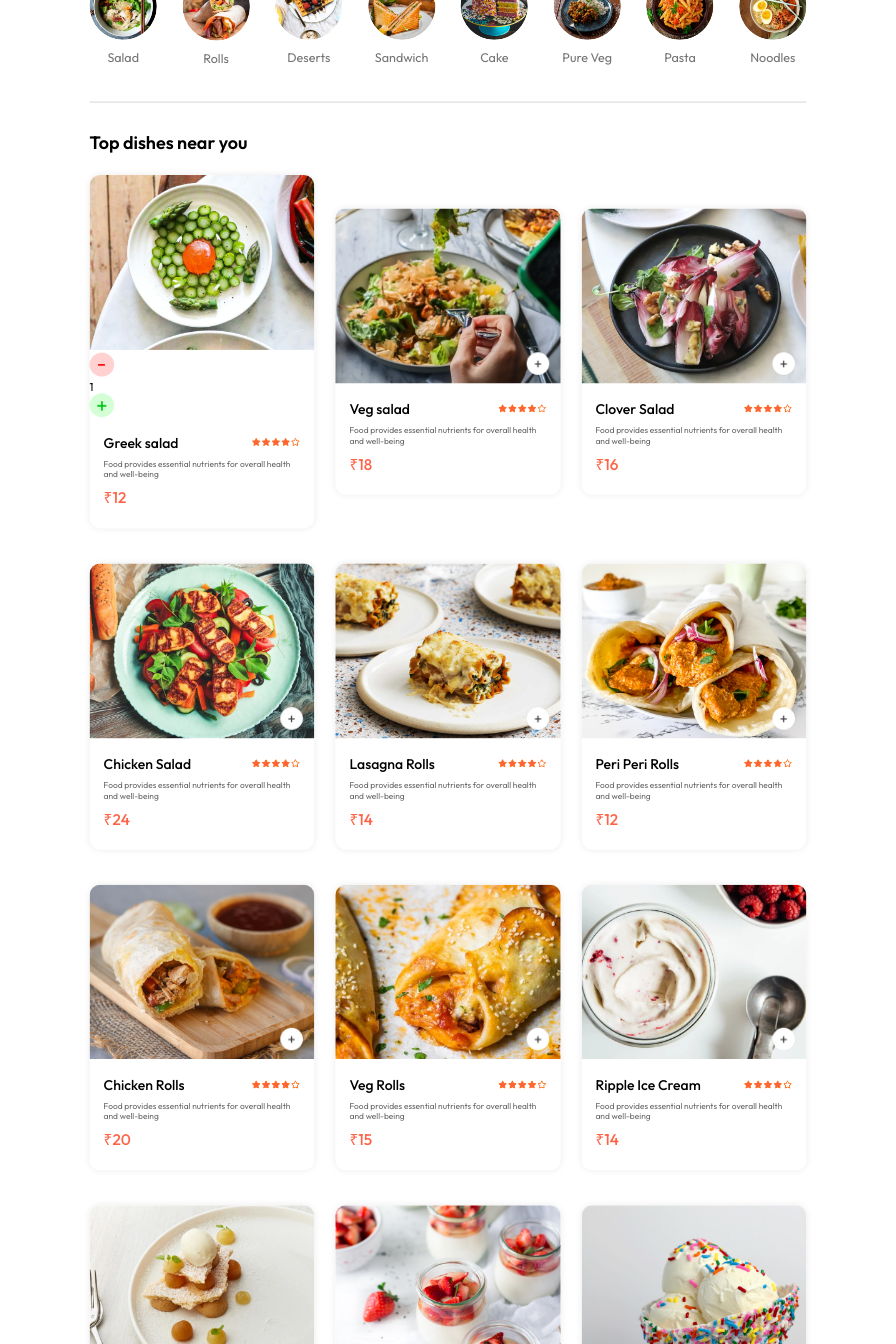
Repository: KartikChouhan03/food-delivery-app
Page: / (app in frontend/), after clicking the first element matching `img.add`
An editor plug-in stored every save of this project. The page is shown before and after the next save, followed by the edit.
The browser window is 1280 px wide. The pictures show the part of the page from y = 777 to 2697 px (the page is 6121 px tall before and 6025 px after), at 70% of full size.
Some web fonts or font styles are not loaded; a fallback is used. The project was rebuilt for these pictures with package versions that can differ from the ones it lists, and the page was loaded fresh each time. Also part of the build but not shown: frontend/vite.config.js, frontend/src/pages/Cart/Cart.css, frontend/src/pages/Cart/Cart.jsx, frontend/src/pages/PlaceOrder/PlaceOrder.css, frontend/src/pages/PlaceOrder/PlaceOrder.jsx.

Above is the page before, as saved 2025-08-16 00:41:02.

### frontend/index.html
<!doctype html>
<html lang="en">
  <head>
    <meta charset="UTF-8" />
    <link rel="icon" type="image/svg+xml" href="" />
    <meta name="viewport" content="width=device-width, initial-scale=1.0" />
    <title>Foodify</title>
  </head>
  <body>
    <div id="root"></div>
    <script type="module" src="/src/main.jsx"></script>
  </body>
</html>

### frontend/src/main.jsx
import { createRoot } from 'react-dom/client'
import './index.css'
import App from './App.jsx'
import { BrowserRouter} from 'react-router-dom'
import StoreContextProvider from './context/StoreContext.jsx'


createRoot(document.getElementById('root')).render(
  <BrowserRouter>
    <StoreContextProvider>
      <App />
    </StoreContextProvider>
  </BrowserRouter>


)

### frontend/src/index.css

@import url('https://fonts.googleapis.com/css2?family=Montserrat:ital,wght@0,100..900;1,100..900&family=Outfit:wght@100..900&family=Playfair+Display:ital,wght@0,400..900;1,400..900&display=swap');


*{
  padding: 0;
  margin: 0;
  box-sizing: border-box;
  font-family: Outfit;
}

body{
  min-height: 100vh;
}

a{
  text-decoration: none;
  color: inherit;
}

.app{
  width: 80%;
  margin: auto;
}

@keyframes fadeIn{
  0%{
    opacity: 0;
  }
  100%{
    opacity: 1;
  }
}

### frontend/src/App.jsx
import React from 'react'
import Navbar from './components/Navbar/Navbar'
import { Route, Routes } from 'react-router-dom'
import Home from './pages/Home/Home'
import Cart from './pages/Cart/Cart'
import PlaceOrder from './pages/PlaceOrder/PlaceOrder'


const App = () => {
  return (
    <div className='app'>
      <Navbar/>
      <Routes>
        <Route path="/" element={<Home />} />
        <Route path="/cart" element={<Cart />} />
        <Route path="/order" element={<PlaceOrder/>} />
      </Routes>
    </div>
  )
}

export default App

### frontend/src/context/StoreContext.jsx
import { createContext } from "react";
import { food_list } from "../assets/assets";


export const StoreContext = createContext(null)

const StoreContextProvider = (props) =>{


    const contextValue = {
        food_list
    }



    return (
        <StoreContext.Provider value ={contextValue}>
            {props.children}
        </StoreContext.Provider>
    )

}

export default StoreContextProvider;

### frontend/src/components/Navbar/Navbar.jsx
import React, { useState } from 'react'
import './Navbar.css'
import {assets} from '../../assets/assets.js'


const Navbar = () => {

  const [menu,setMenu] = useState("home");


  return (
    <div className='navbar'>
      <img className='logo' src={assets.logo} alt="" />
      <ul className='navbar-menu'>
        <li onClick={()=>setMenu("home")} className={menu==="home"?"active":""}>home</li>
        <li onClick={()=>setMenu("menu")} className={menu==="menu"?"active":""}>menu</li>
        <li onClick={()=>setMenu("mobile-app")} className={menu==="mobile-app"?"active":""}>mobile-app</li>
        <li onClick={()=>setMenu("contact-us")} className={menu==="contact-us"?"active":""}>contact us</li>
      </ul>
      <div className="navbar-right">
        <img src={assets.search_icon} alt="" />
        <div className='navbar-search-icon'>
          <img src={assets.basket_icon} alt="" />
          <div className='dot'></div>
        </div>
        <button>Sign in</button>
      </div>
    </div>
  )
}

export default Navbar

### frontend/src/pages/Home/Home.jsx
import React, { useState } from 'react'
import './Home.css'
import Header from '../../components/Header/Header'
import ExploreMenu from '../../components/ExploreMenu/ExploreMenu'
import FoodDisplay from '../../components/FoodDisplay/FoodDisplay'

const Home = () => {

    const [category,setCategory] = useState("All");

  return (
    <div>
      <Header/>
      <ExploreMenu category={category} setCategory={setCategory} />
      <FoodDisplay category={category}/>
    </div>
  )
}

export default Home

### frontend/src/assets/assets.js
import basket_icon from './basket_icon.png'
import logo from './logo.png'
import header_img from './header_img.png'
import search_icon from './search_icon.png'
import menu_1 from './menu_1.png'
import menu_2 from './menu_2.png'
import menu_3 from './menu_3.png'
import menu_4 from './menu_4.png'
import menu_5 from './menu_5.png'
import menu_6 from './menu_6.png'
import menu_7 from './menu_7.png'
import menu_8 from './menu_8.png'

import food_1 from './food_1.png'
import food_2 from './food_2.png'
import food_3 from './food_3.png'
import food_4 from './food_4.png'
import food_5 from './food_5.png'
import food_6 from './food_6.png'
import food_7 from './food_7.png'
import food_8 from './food_8.png'
import food_9 from './food_9.png'
import food_10 from './food_10.png'
import food_11 from './food_11.png'
import food_12 from './food_12.png'
import food_13 from './food_13.png'
import food_14 from './food_14.png'
import food_15 from './food_15.png'
import food_16 from './food_16.png'
import food_17 from './food_17.png'
import food_18 from './food_18.png'
import food_19 from './food_19.png'
import food_20 from './food_20.png'
import food_21 from './food_21.png'
import food_22 from './food_22.png'
import food_23 from './food_23.png'
import food_24 from './food_24.png'
import food_25 from './food_25.png'
import food_26 from './food_26.png'
import food_27 from './food_27.png'
import food_28 from './food_28.png'
import food_29 from './food_29.png'
import food_30 from './food_30.png'
import food_31 from './food_31.png'
import food_32 from './food_32.png'

import add_icon_white from './add_icon_white.png'
import add_icon_green from './add_icon_green.png'
import remove_icon_red from './remove_icon_red.png'
import app_store from './app_store.png'
import play_store from './play_store.png'
import linkedin_icon from './linkedin_icon.png'
import facebook_icon from './facebook_icon.png'
import twitter_icon from './twitter_icon.png'
import cross_icon from './cross_icon.png'
import selector_icon from './selector_icon.png'
import rating_starts from './rating_starts.png'
import profile_icon from './profile_icon.png'
import bag_icon from './bag_icon.png'
import logout_icon from './logout_icon.png'
import parcel_icon from './parcel_icon.png'

export const assets = {
    logo,
    basket_icon,
    header_img,
    search_icon,
    rating_starts,
    add_icon_green,
    add_icon_white,
    remove_icon_red,
    app_store,
    play_store,
    linkedin_icon,
    facebook_icon,
    twitter_icon,
    cross_icon,
    selector_icon,
    profile_icon,
    logout_icon,
    bag_icon,
    parcel_icon
}

export const menu_list = [
    {
        menu_name: "Salad",
        menu_image: menu_1
    },
    {
        menu_name: "Rolls",
        menu_image: menu_2
    },
    {
        menu_name: "Deserts",
        menu_image: menu_3
    },
    {
        menu_name: "Sandwich",
        menu_image: menu_4
    },
    {
        menu_name: "Cake",
        menu_image: menu_5
    },
    {
        menu_name: "Pure Veg",
        menu_image: menu_6
    },
    {
        menu_name: "Pasta",
        menu_image: menu_7
    },
    {
        menu_name: "Noodles",
        menu_image: menu_8
    }]

export const food_list = [
    {
        _id: "1",
        name: "Greek salad",
        image: food_1,
        price: 12,
        description: "Food provides essential nutrients for overall health and well-being",
        category: "Salad"
    },
    {
        _id: "2",
        name: "Veg salad",
        image: food_2,
        price: 18,
        description: "Food provides essential nutrients for overall health and well-being",
        category: "Salad"
    }, {
        _id: "3",
        name: "Clover Salad",
        image: food_3,
        price: 16,
        description: "Food provides essential nutrients for overall health and well-being",
        category: "Salad"
    }, {
        _id: "4",
        name: "Chicken Salad",
        image: food_4,
        price: 24,
        description: "Food provides essential nutrients for overall health and well-being",
        category: "Salad"
    }, {
        _id: "5",
        name: "Lasagna Rolls",
        image: food_5,
        price: 14,
        description: "Food provides essential nutrients for overall health and well-being",
        category: "Rolls"
    }, {
        _id: "6",
        name: "Peri Peri Rolls",
        image: food_6,
        price: 12,
        description: "Food provides essential nutrients for overall health and well-being",
        category: "Rolls"
    }, {
        _id: "7",
        name: "Chicken Rolls",
        image: food_7,
        price: 20,
        description: "Food provides essential nutrients for overall health and well-being",
        category: "Rolls"
    }, {
        _id: "8",
        name: "Veg Rolls",
        image: food_8,
        price: 15,
        description: "Food provides essential nutrients for overall health and well-being",
        category: "Rolls"
    }, {
        _id: "9",
        name: "Ripple Ice Cream",
        image: food_9,
        price: 14,
        description: "Food provides essential nutrients for overall health and well-being",
        category: "Deserts"
    }, {
        _id: "10",
        name: "Fruit Ice Cream",
        image: food_10,
        price: 22,
        description: "Food provides essential nutrients for overall health and well-being",
        category: "Deserts"
    }, {
        _id: "11",
        name: "Jar Ice Cream",
        image: food_11,
        price: 10,
        description: "Food provides essential nutrients for overall health and well-being",
        category: "Deserts"
    }, {
        _id: "12",
        name: "Vanilla Ice Cream",
        image: food_12,
        price: 12,
        description: "Food provides essential nutrients for overall health and well-being",
        category: "Deserts"
    },
    {
        _id: "13",
        name: "Chicken Sandwich",
        image: food_13,
        price: 12,
        description: "Food provides essential nutrients for overall health and well-being",
        category: "Sandwich"
    },
    {
        _id: "14",
        name: "Vegan Sandwich",
        image: food_14,
        price: 18,
        description: "Food provides essential nutrients for overall health and well-being",
        category: "Sandwich"
    }, {
        _id: "15",
        name: "Grilled Sandwich",
        image: food_15,
        price: 16,
        description: "Food provides essential nutrients for overall health and well-being",
        category: "Sandwich"
    }, {
        _id: "16",
        name: "Bread Sandwich",
        image: food_16,
        price: 24,
        description: "Food provides essential nutrients for overall health and well-being",
        category: "Sandwich"
    }, {
        _id: "17",
        name: "Cup Cake",
        image: food_17,
        price: 14,
        description: "Food provides essential nutrients for overall health and well-being",
        category: "Cake"
    }, {
        _id: "18",
        name: "Vegan Cake",
        image: food_18,
        price: 12,
        description: "Food provides essential nutrients for overall health and well-being",
        category: "Cake"
    }, {
        _id: "19",
        name: "Butterscotch Cake",
        image: food_19,
        price: 20,
        description: "Food provides essential nutrients for overall health and well-being",
        category: "Cake"
    }, {
        _id: "20",
        name: "Sliced Cake",
        image: food_20,
        price: 15,
        description: "Food provides essential nutrients for overall health and well-being",
        category: "Cake"
    }, {
        _id: "21",
        name: "Garlic Mushroom ",
        image: food_21,
        price: 14,
        description: "Food provides essential nutrients for overall health and well-being",
        category: "Pure Veg"
    }, {
        _id: "22",
        name: "Fried Cauliflower",
        image: food_22,
        price: 22,
        description: "Food provides essential nutrients for overall health and well-being",
        category: "Pure Veg"
    }, {
        _id: "23",
        name: "Mix Veg Pulao",
        image: food_23,
        price: 10,
        description: "Food provides essential nutrients for overall health and well-being",
        category: "Pure Veg"
    }, {
        _id: "24",
        name: "Rice Zucchini",
        image: food_24,
        price: 12,
        description: "Food provides essential nutrients for overall health and well-being",
        category: "Pure Veg"
    },
    {
        _id: "25",
        name: "Cheese Pasta",
        image: food_25,
        price: 12,
        description: "Food provides essential nutrients for overall health and well-being",
        category: "Pasta"
    },
    {
        _id: "26",
        name: "Tomato Pasta",
        image: food_26,
        price: 18,
        description: "Food provides essential nutrients for overall health and well-being",
        category: "Pasta"
    }, {
        _id: "27",
        name: "Creamy Pasta",
        image: food_27,
        price: 16,
        description: "Food provides essential nutrients for overall health and well-being",
        category: "Pasta"
    }, {
        _id: "28",
        name: "Chicken Pasta",
        image: food_28,
        price: 24,
        description: "Food provides essential nutrients for overall health and well-being",
        category: "Pasta"
    }, {
        _id: "29",
        name: "Buttter Noodles",
        image: food_29,
        price: 14,
        description: "Food provides essential nutrients for overall health and well-being",
        category: "Noodles"
    }, {
        _id: "30",
        name: "Veg Noodles",
        image: food_30,
        price: 12,
        description: "Food provides essential nutrients for overall health and well-being",
        category: "Noodles"
    }, {
        _id: "31",
        name: "Somen Noodles",
        image: food_31,
        price: 20,
        description: "Food provides essential nutrients for overall health and well-being",
        category: "Noodles"
    }, {
        _id: "32",
        name: "Cooked Noodles",
        image: food_32,
        price: 15,
        description: "Food provides essential nutrients for overall health and well-being",
        category: "Noodles"
    }
]

### frontend/src/components/Navbar/Navbar.css
.navbar{
    padding: 20px 0px;
    display: flex;
    justify-content: space-between;
    align-items: center;
}

.navbar .logo{
    width: 150px;
}

.navbar-menu{
    display: flex;
    list-style: none;
    gap: 20px;
    color: #49557e;
    font-size: 18px;
}

.navbar-right{
    display: flex;
    align-items: center;
    gap: 40px;
}

.navbar button{
    background: transparent;
    font-size: 16px;
    color: #49557e;
    border: 1px solid tomato;
    padding: 10px 30px;
    border-radius: 50px;
    cursor: pointer;
    transition: 0.4s;
}

.navbar button:hover{
    background-color: #fff4f2;
}

.navbar .active{
    padding-bottom: 2px;
    border-bottom: 2px solid #49557e;
}

.navbar li{
    cursor: pointer;
}

.navbar-search-icon {
    position: relative;
}

.navbar-search-icon .dot{
    position: absolute;
    min-width: 10px;
    min-height: 10px;
    background-color: tomato;
    border-radius:5px ;
    top: -8px;
    right: -8px;
}

### frontend/src/components/Header/Header.jsx
import React from 'react'
import './Header.css'

const Header = () => {
  return (
    <div className='header'>
      <div className="header-contents">
        <h2>Order your favourite food here</h2>
        <p>Choose from a diverse menu featuring a delectable array of dishes crafted with the finest ingredients and culinary expertise. Our mission is to statisfy your craving and elevate your dining experience, one delicious meal at a time.</p>
        <button>View Menu</button>
      </div>
    </div>
  )
}

export default Header

### frontend/src/components/ExploreMenu/ExploreMenu.jsx
import React from 'react'
import './ExploreMenu.css'
import { menu_list } from '../../assets/assets.js'


const ExploreMenu = ({category,setCategory}) => {
  return (
    <div className='explore-menu' id='explore-menu'>
      <h1>Explore our menu</h1>
      <p className='explore-menu-text'>Choose from a diverse menu featuring a delectable array of dishes crafted with the finest ingredients and culinary expertise. Our mission is to statisfy your craving and elevate your dining experience, one delicious meal at a time. </p>
      <div className='explore-menu-list'>
        {menu_list.map((item, index)=>{
            return(
                <div onClick={()=>setCategory(prev=>prev===item.menu_name?"All":item.menu_name)} key={index} className="explore-menu-list-item">
                    <img className={category===item.menu_name?"active":""} src={item.menu_image} alt="" />
                    <p>{item.menu_name}</p>
                </div>
            )
        })}
      </div>
      <hr />
    </div>
  )
}

export default ExploreMenu

### frontend/src/components/FoodDisplay/FoodDisplay.jsx
import React, { useContext } from 'react'
import './FoodDisplay.css'
import { StoreContext } from '../../context/StoreContext'
import FoodItem from '../FoodItem/FoodItem'


const FoodDisplay = (category) => {

    const {food_list} = useContext(StoreContext)

  return (
    <div className='food-display' id='food-display'>
       <h2>Top dishes near you</h2>
       <div className="food-display-list">
        {food_list.map((item,index)=>{
            return <FoodItem key={index} id={item.id} name={item.name} description={item.description} price= {item.price} image={item.image}/>
        })}
       </div>
    </div>
  )
}

export default FoodDisplay

### frontend/src/components/Header/Header.css
.header{
    height: 34vw;
    margin: 30px auto;
    background:url('./header_img.png') no-repeat ;
    background-size: contain;
    position: relative;
}

.header-contents{
    position: absolute;
    display: flex;
    flex-direction: column;
    align-items: start;
    gap: 1.5vw;
    max-width: 50%;
    bottom: 10%;
    left: 6vw;
    animation:fadeIn 3s;
}

.header-contents h2{
    font-weight: 500;
    color:white;
    font-size: max(4.5vw, 22px) ;

}

.header-contents p{
    color: white;
    font-size: 1vw;
}

.header-contents button{
    border: none;
    color: #747474;
    font-weight: 500;
    padding: 1vw 2.3vw;
    background-color: white;
    font-size: max(1vw,13px);
    border-radius:50px ;
}

### frontend/src/components/ExploreMenu/ExploreMenu.css
.explore-menu{
    display: flex;
    flex-direction: column ;
    gap: 20px;
}

.explore-menu h1{
    color: #262626;
    font-weight: 500;
}

.explore-menu-text{
    max-width: 60%;
    columns: #808080;
}

.explore-menu-list{
    display: flex;
    justify-content: space-between;
    align-items: center;
    gap: 30px;
    text-align: center;
    margin: 20px 0px;
    overflow: scroll;
}

.explore-menu-list::-webkit-scrollbar{
    display: none;
}

.explore-menu-list-item img{
    width: 7.5vw;
    min-width: 80px;
    cursor: pointer;
    border-radius: 50%;
    transition: 0.3s;
}

.explore-menu-list-item p {
    margin-top: 10px;
    color: #747474;
    font-size: max(1.4vw,16px);
    cursor: pointer;
}

.explore-menu hr{
    margin: 10px 0px;
    height: 2px;
    background-color: #e2e2e2;
    border: none;
}

.explore-menu-list-item .active{
    border: 4px solid tomato;
    padding: 32;
}

### frontend/src/components/FoodDisplay/FoodDisplay.css
.food-display{
    margin-top: 30px;
}

.food-display h2{
    font-size: max(2vw,24px);
    font-weight: 600;
}

.food-display-list{
    display: grid;
    grid-template-columns: repeat(auto-fill,minmax(240px,1fr));
    margin-top: 30px;
    gap:30px;
    row-gap: 50px;
}

### frontend/src/components/FoodItem/FoodItem.jsx
import React, { useState } from 'react'
import './FoodItem.css'
import { assets } from '../../assets/assets'

const FoodItem = ({id, name, price, description, image}) => {

  const [itemCount, setItemCount]= useState(0)

  return (
    <div className='food-item'>
      <div className="food-item-img-container">
        <img className="food-item-image" src={image} alt={name} />
        {
          !itemCount
            ? <img className='add' onClick={()=>setItemCount(prev=>prev+1)} src={assets.add_icon_white}/> :
              <div className='foot-item-counter'>
                <img onClick={()=>setItemCount(prev=>prev-1)} src={assets.remove_icon_red} alt="" />
                <p>{itemCount}</p>
                <img onClick={()=>setItemCount(prev=>prev+1)} src={assets.add_icon_green} alt="" />
              </div>
        }
      </div>
      <div className="food-item-info">
        <div className="food-item-name-rating">
            <p>{name}</p>
            <img src={assets.rating_starts} alt="rating" />
        </div>
        <p className="food-item-desc">{description}</p>
        <p className="food-item-price">₹{price}</p>
      </div>
    </div>
  )
}

export default FoodItem

### frontend/src/components/FoodItem/FoodItem.css
.food-item{
    width: 100%;
    margin: auto;
    border-radius:15px ;
    box-shadow: 0px 0px 10px #00000015;
    transition: 0.3s;
    animation: fadeIn 1s;
}

.food-item-image{
    width: 100%;
    border-radius:15px 15px 0px 0px ;
}

.food-item-info{
    padding: 20px;
}

.food-item-name-rating{
    display: flex;
    justify-content: space-between;
    margin-bottom: 10px;
    align-items: center;
}

.food-item-name-rating p{
    font-size: 20px;
    font-weight: 500;
}

.food-item-name-rating img{
    width: 70px;
}

.food-item-desc{
    color: #676767;
    font-size: 12px;
}

.food-item-price{
    color: tomato;
    font-size: 22px;
    font-weight: 500;
    margin: 10px 0px;
}

.food-item-img-container{
    position: relative;
}

.food-item-img-container .add{
    width: 35px ;
    position: absolute;
    bottom: 15px;
    right: 15px;
    cursor: pointer;
    border-radius: 50%;
}

.food-item-counter{
    position: absolute;
    bottom: 15px;
    right: 15px;
    display: flex;
    align-items: center;
    gap: 10px;
    padding: 6px;
    border-radius:50px ;
    background-color: white;
}

.food-item-counter img{
    width: 30px;
}

Loaded but not shown: frontend/src/pages/Home/Home.css (no stored copy; drawn as an empty file)

After the next save:
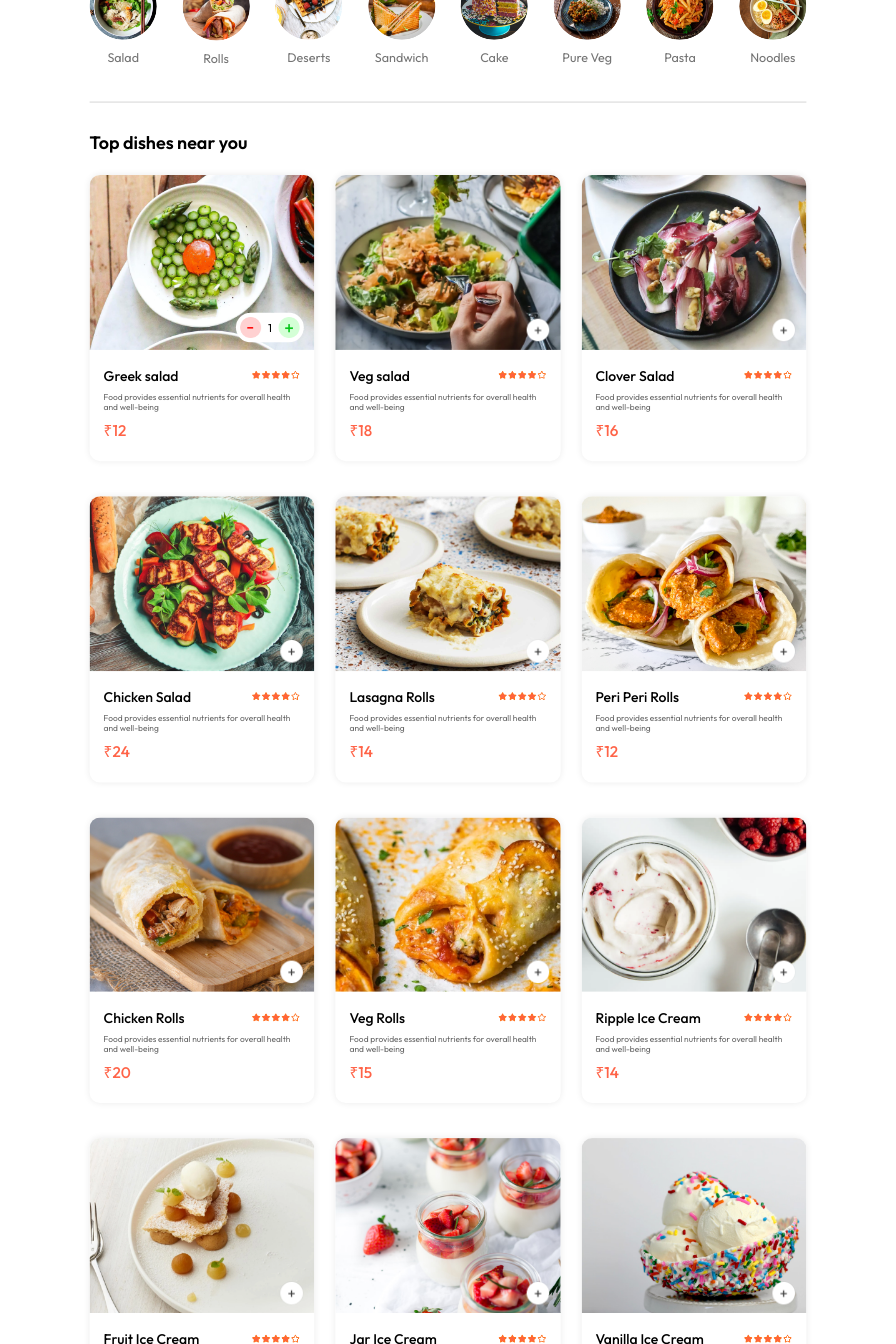
Saved 3 min 31 s later.
--- a/frontend/src/components/FoodItem/FoodItem.jsx
+++ b/frontend/src/components/FoodItem/FoodItem.jsx
@@ -13,7 +13,7 @@ const FoodItem = ({id, name, price, description, image}) => {
         {
           !itemCount
             ? <img className='add' onClick={()=>setItemCount(prev=>prev+1)} src={assets.add_icon_white}/> :
-              <div className='foot-item-counter'>
+              <div className='food-item-counter'>
                 <img onClick={()=>setItemCount(prev=>prev-1)} src={assets.remove_icon_red} alt="" />
                 <p>{itemCount}</p>
                 <img onClick={()=>setItemCount(prev=>prev+1)} src={assets.add_icon_green} alt="" />
